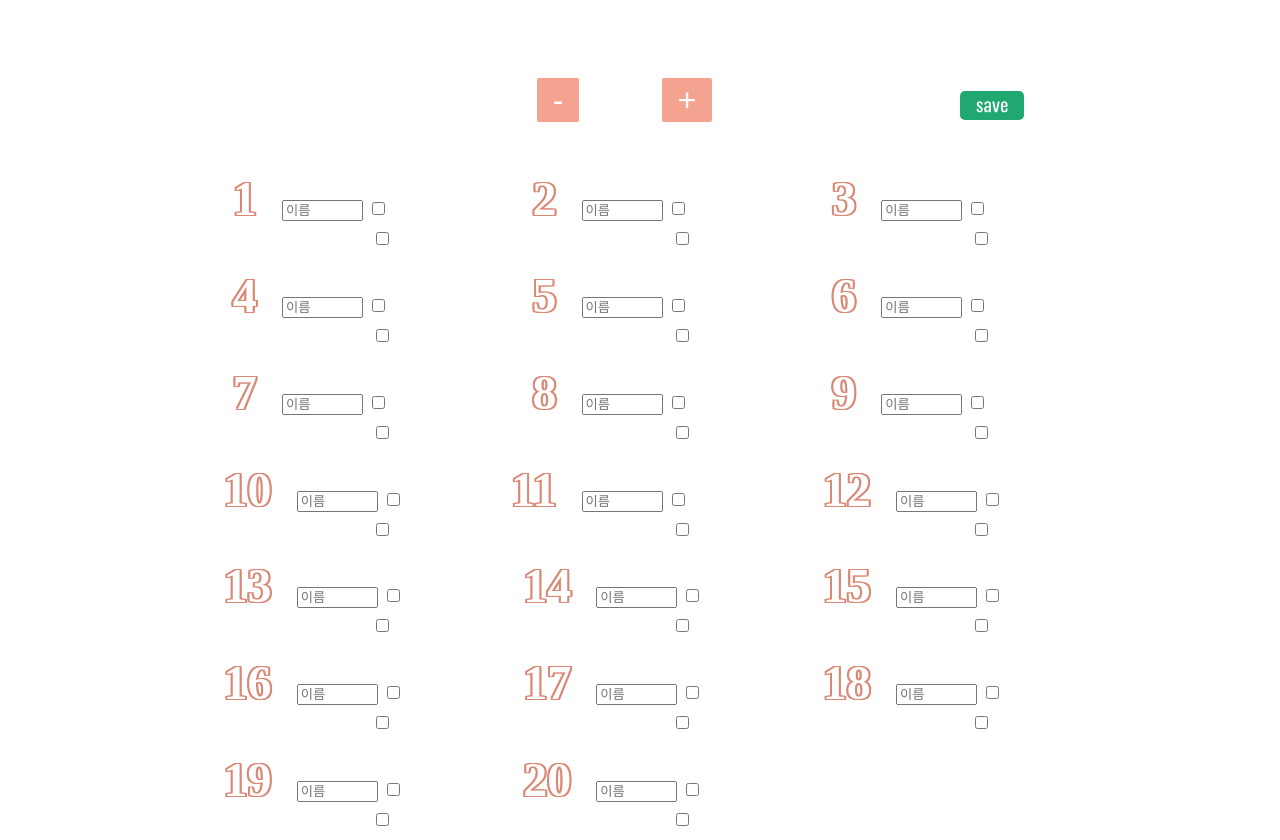
Repository: se-yoo/ChangeSeat
Page: http://localhost/ChangeSeat/infoMember.jsp
An editor plug-in stored every save of this project. The page is shown before and after the next save, followed by the edit.
The browser window is 1280 px wide. The pictures show the whole page.
Some web fonts or font styles are not loaded; a fallback is used. The page is served by Tomcat 9.

Above is the page before, as saved 2018-06-28 00:28:28.

After the next save:
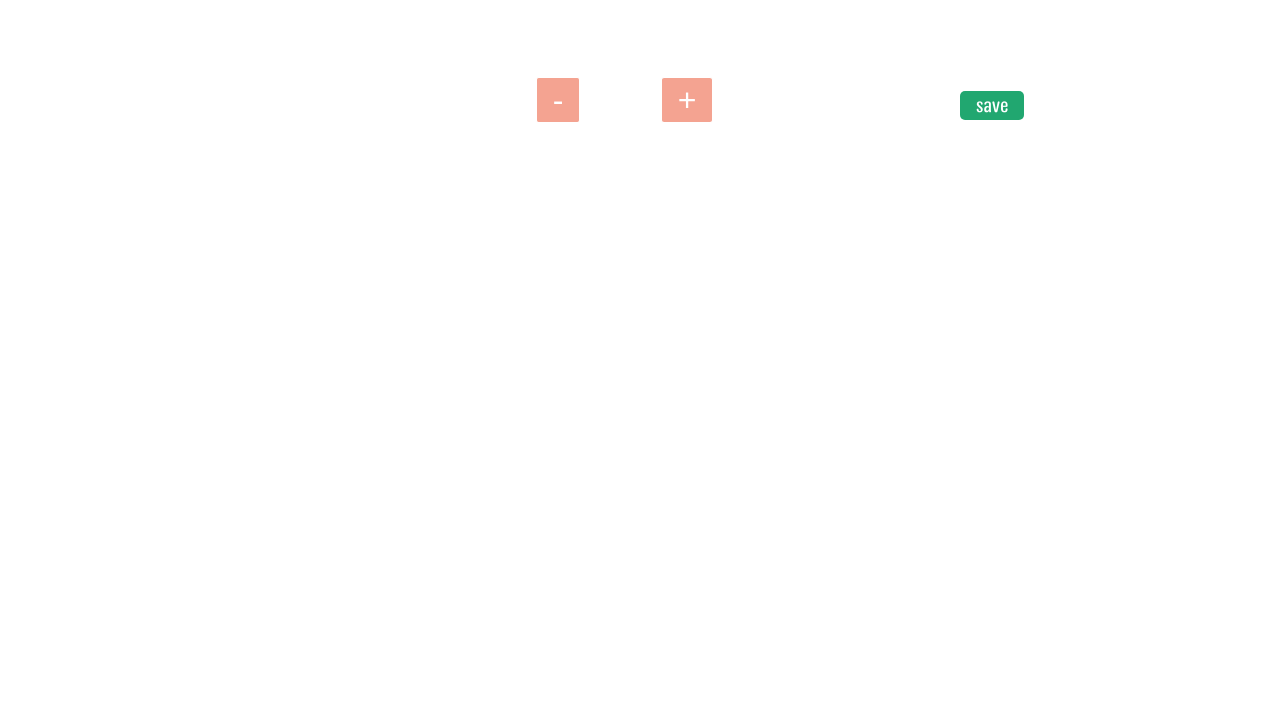
Saved 52 min 36 s later.
--- a/ChangeSeat/WebContent/infoMember.jsp
+++ b/ChangeSeat/WebContent/infoMember.jsp
@@ -75,6 +75,7 @@
 		<div id="container2">
 		<input type="hidden" id="stuCnt">
 	<%
+		if (isExists){
 		for(int i=0;i<stuCnt;i++){%>
 			<div class="one" id="div<%=(i+1) %>">
 			<span><%= (i+1) %></span>번<input type="text" size="7" name="name<%=(i+1)%>" class="n" placeholder="이름">
@@ -82,6 +83,7 @@
 			<input type="checkbox" name="eye" id="e<%=(i+1)%>" value="<%=(i+1)%>" class="che"><label for="e<%=(i+1)%>">시력 안좋음</label>
 			</div>
 			<%
+		}
 		}
 	%></div></form>
 </body>

After the 2 saves that followed:
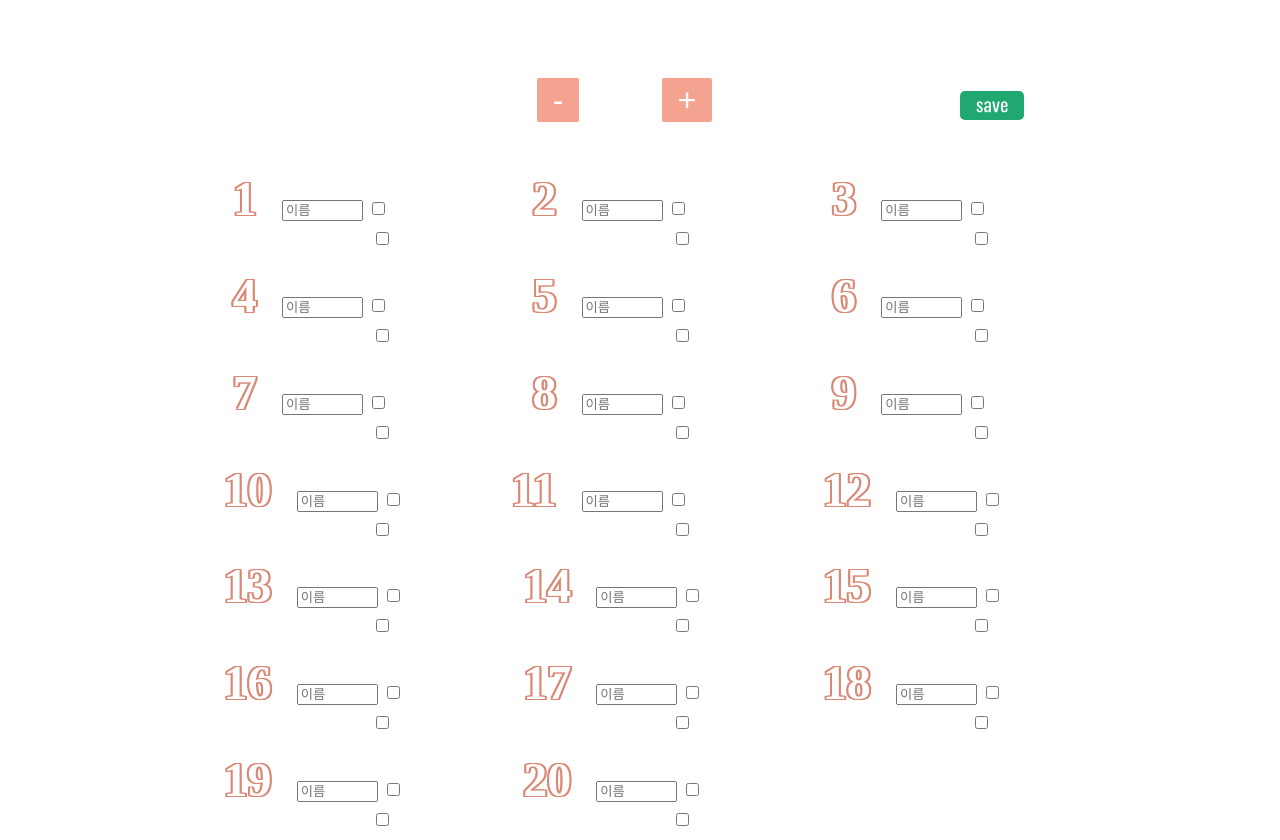
The 2 saves are shown as one change because 1 left the picture as it was.
The last was saved 12 s later.
--- a/ChangeSeat/WebContent/infoMember.jsp
+++ b/ChangeSeat/WebContent/infoMember.jsp
@@ -76,14 +76,23 @@
 		<input type="hidden" id="stuCnt">
 	<%
 		if (isExists){
-		for(int i=0;i<stuCnt;i++){%>
+			for(int i=0;i<stuCnt;i++){%>
 			<div class="one" id="div<%=(i+1) %>">
 			<span><%= (i+1) %></span>번<input type="text" size="7" name="name<%=(i+1)%>" class="n" placeholder="이름">
 			<input type="checkbox" name="now" id="n<%=(i+1)%>" value="<%=(i+1)%>" class="che"><label for="n<%=(i+1)%>">자퇴 및 전학</label>
 			<input type="checkbox" name="eye" id="e<%=(i+1)%>" value="<%=(i+1)%>" class="che"><label for="e<%=(i+1)%>">시력 안좋음</label>
 			</div>
 			<%
-		}
+			}
+		}else{
+			for(int i=0;i<stuCnt;i++){%>
+			<div class="one" id="div<%=(i+1) %>">
+			<span><%= (i+1) %></span>번<input type="text" size="7" name="name<%=(i+1)%>" class="n" placeholder="이름">
+			<input type="checkbox" name="now" id="n<%=(i+1)%>" value="<%=(i+1)%>" class="che"><label for="n<%=(i+1)%>">자퇴 및 전학</label>
+			<input type="checkbox" name="eye" id="e<%=(i+1)%>" value="<%=(i+1)%>" class="che"><label for="e<%=(i+1)%>">시력 안좋음</label>
+			</div>
+			<%
+			}
 		}
 	%></div></form>
 </body>
